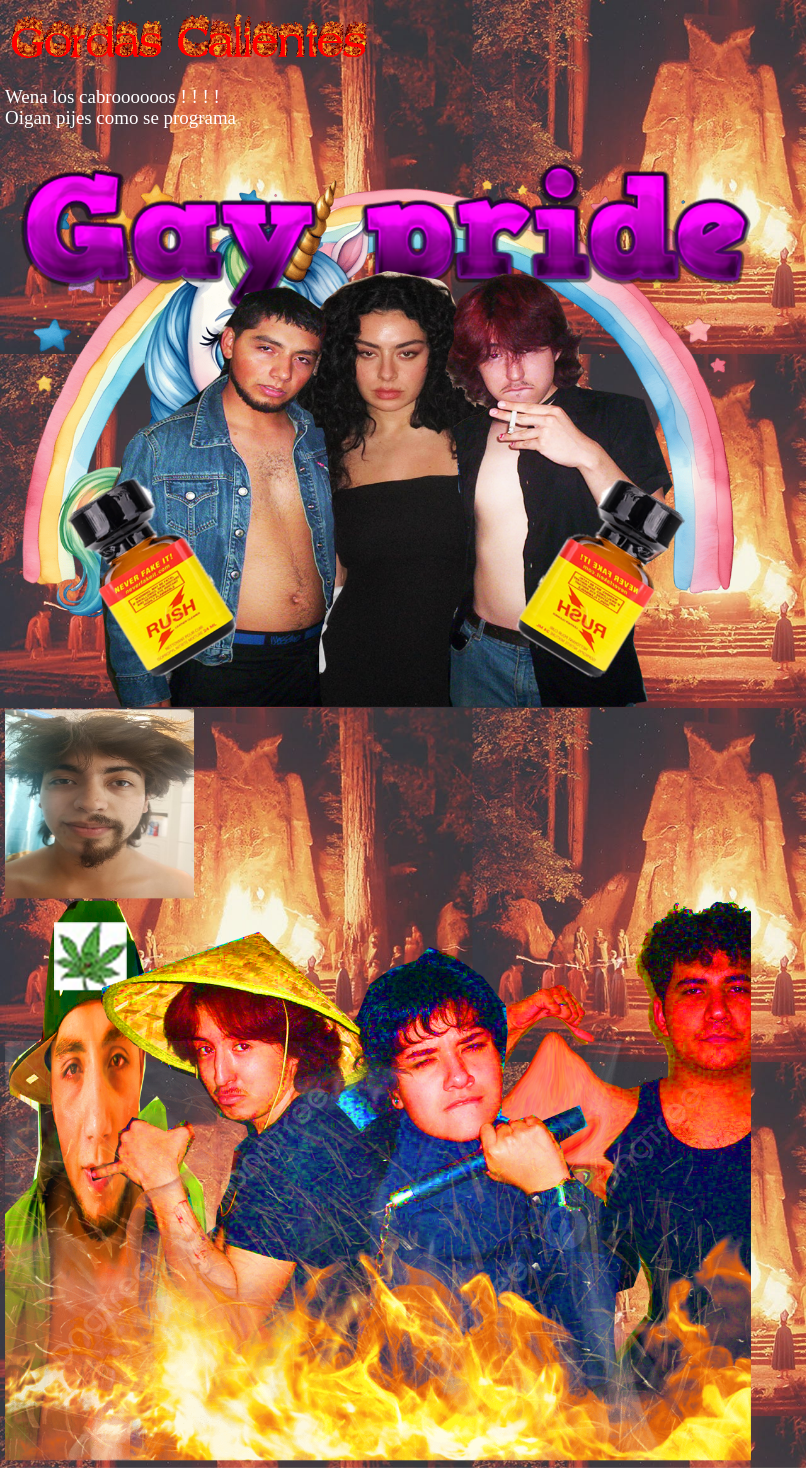
Repository: Eduloco69/crazy-website
Page: index.html
An editor plug-in stored every save of this project. The page is shown before and after the next save, followed by the edit.
The browser window is 1280 px wide. The pictures show the whole page, at 63% of full size.

Above is the page before, as saved 2025-06-03 22:58:57.

### index.html
<!DOCTYPE html>
<html lang="en">
<head>
    <meta charset="UTF-8">
    <meta name="viewport" content="width=device-width, initial-scale=1.0">
    <meta property="og:title" content="EduSex" />
    <meta property="og:description" content="Comanme la polla" />
    <meta property="og:image" content="src/E43E82A3-8955-4C5C-9331-0861A042E956.JPEG" />

    <link rel="stylesheet" href="styles/index.css">
    <title>El sitio mas vio de $hile</title>
</head>
<body>
    <img src="src/title_gordas.gif" alt="">

    <p style="font-family: 'Comic Sans MS'; font-size: 30px; color: white;">
        Wena los cabroooooos ! ! ! !
        <br>
        Oigan pijes como se programa
    </p>
    <div>
        <img src="src/gay_pride.png" alt="">
    </div>
    <div>
        <img src="src/ADAC2544-2AE6-4C0D-8F05-14998BBBDF3E.JPEG" alt="" width="300px" height="300px">
    </div>
</body>
<footer>
    <img src="src/hard_footer.png" alt="">
</footer>
</html>

### styles/index.css
html {
  cursor: url('../src/cursor.ico'), default;
}

body {
  background-image: url("../src/bg.jpg") ;
}

After the next save:
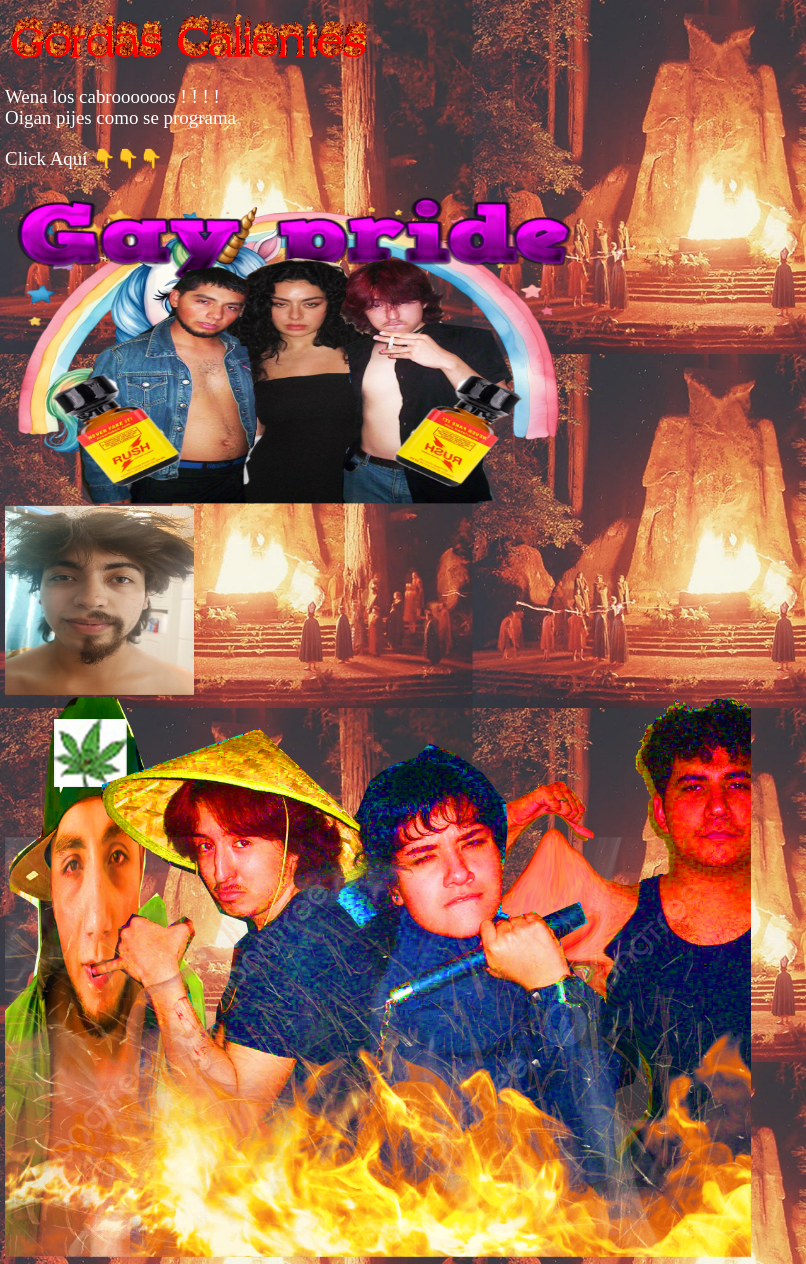
Saved 2 min 56 s later.
--- a/index.html
+++ b/index.html
@@ -11,7 +11,7 @@
     <title>El sitio mas vio de $hile</title>
 </head>
 <body>
-    <img src="src/title_gordas.gif" alt="">
+    <img id="titulo" src="src/title_gordas.gif" alt="">
 
     <p style="font-family: 'Comic Sans MS'; font-size: 30px; color: white;">
         Wena los cabroooooos ! ! ! !
@@ -19,13 +19,16 @@
         Oigan pijes como se programa
     </p>
     <div>
-        <img src="src/gay_pride.png" alt="">
+        <p style="font-family: 'Comic Sans MS'; font-size: 30px; color: white;">Click Aquí 👇👇👇</p>
+        <img src="src/gay_pride.png" alt="" width="900px" height="500px">
     </div>
     <div>
         <img src="src/ADAC2544-2AE6-4C0D-8F05-14998BBBDF3E.JPEG" alt="" width="300px" height="300px">
     </div>
+    <div>
+        <img src="src/hard_footer.png" alt="">
+    </div>
 </body>
 <footer>
-    <img src="src/hard_footer.png" alt="">
 </footer>
 </html>
